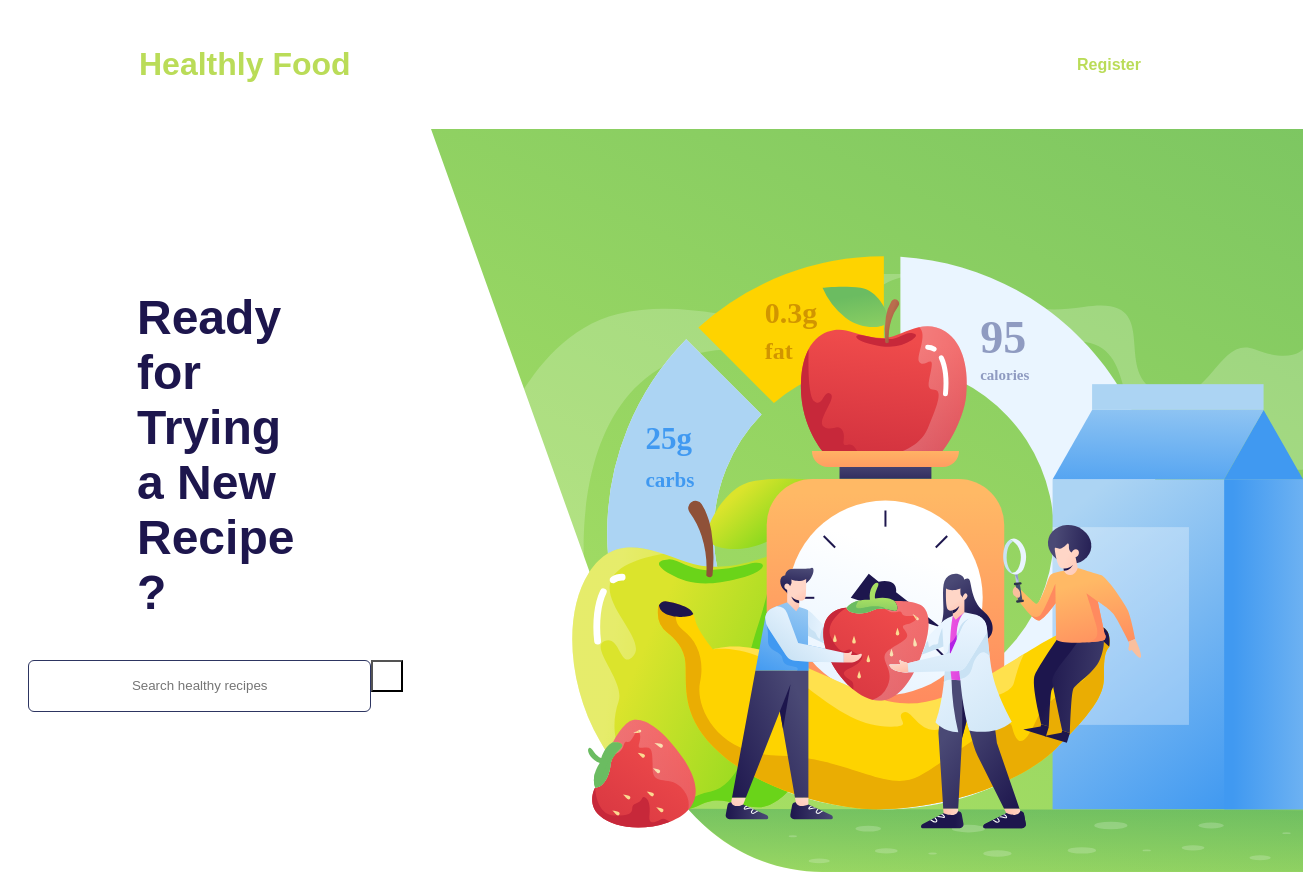
Repository: LuccaCasalecchi/HealthyFood
Page: /
The author's editor kept a copy of each file at every save. The page is drawn from the files as they stood at one save, then again after a run of saves.
The browser window is 1280 px wide. The page is 1303 px wide, so the pictures cover 1303 px, including what lies to the right of the window. The pictures show the whole page.
The project was rebuilt for these pictures with package versions that can differ from the ones it lists, and the page was loaded fresh each time.

Above is the page before, as saved 2021-08-17 21:45:23.

After the next 3 saves:
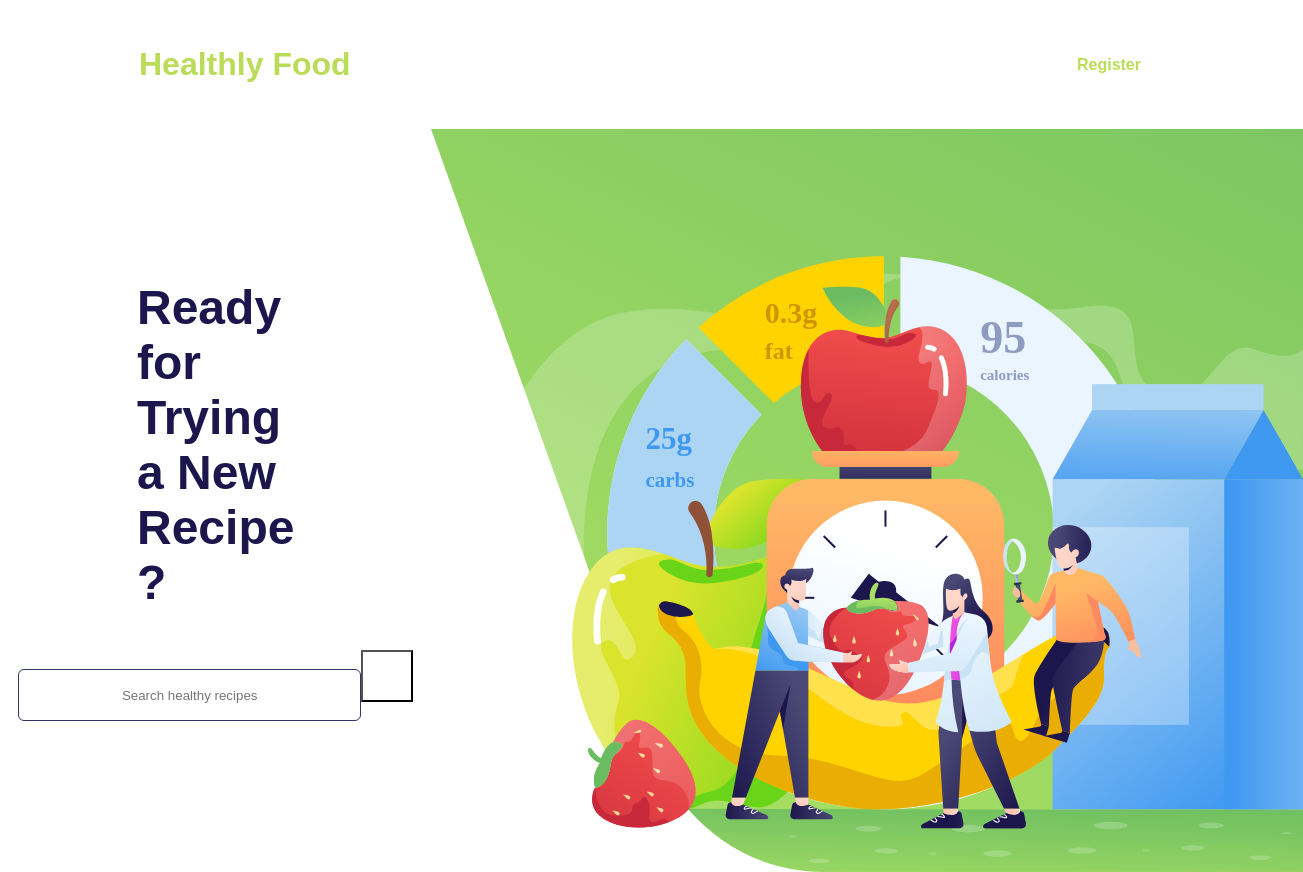
The 3 saves are shown as one change because they came seconds apart.
The last was saved 14 s later.
--- a/src/components/Input/Input.css
+++ b/src/components/Input/Input.css
@@ -7,8 +7,8 @@ input{
 }
 
 button{
-  width: 32px;
-  height: 32px;
+  width: 52px;
+  height: 52px;
   background-color: white;
 
 }
